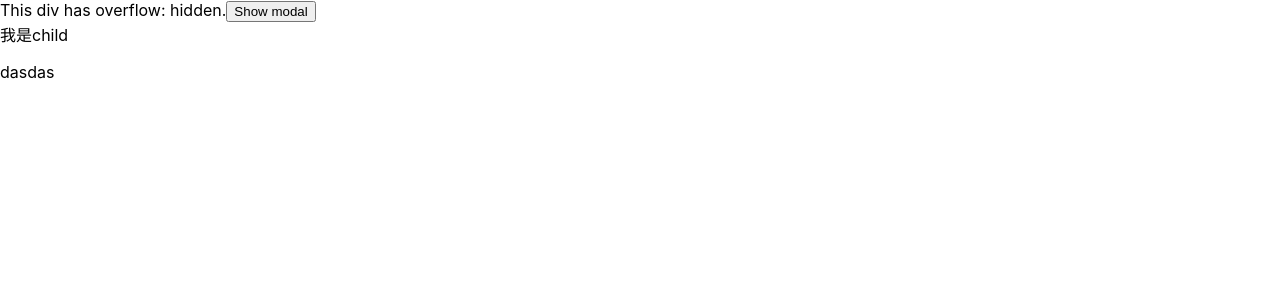
Repository: AprilChou4/cra-demo
Page: /
An editor plug-in stored every save of this project. The page is shown before and after the next save, followed by the edit.
The browser window is 1280 px wide. The pictures show the whole page.
The project was rebuilt for these pictures with package versions that can differ from the ones it lists, and the page was loaded fresh each time.

Above is the page before, as saved 2021-02-24 10:28:35.

### src/index.js
import React from 'react';
import ReactDOM from 'react-dom';
import './index.css';
import App from './component/ReactLife';

ReactDOM.render(
  <React.StrictMode>
    <App />
  </React.StrictMode>,
  document.getElementById('root'),
);

### src/component/ReactLife/index.jsx
// react生命周期
import React, { Component } from 'react';
import Father from './Father';
class Life extends Component {
  render() {
    return <Father />;
  }
}
export default Life;

### src/component/ReactLife/Father.jsx
import React from 'react';
import Child from './Child';

class Father extends React.Component {
  constructor(props) {
    super(props);
    this.state = { showModal: false };

    this.handleShow = this.handleShow.bind(this);
    this.handleHide = this.handleHide.bind(this);
  }

  handleShow() {
    this.setState({ showModal: true });
  }

  handleHide() {
    this.setState({ showModal: false });
  }

  render() {
    return (
      <div className="app">
        This div has overflow: hidden.
        <button onClick={this.handleShow}>Show modal</button>
        <Child />
      </div>
    );
  }
}
export default Father;

### src/component/ReactLife/Child.jsx
import React, { Component } from 'react';
class Child extends Component {
  render() {
    return (
      <div>
        我是child<p>dasdas</p>
      </div>
    );
  }
}
export default Child;

Loaded but not shown: public/index.html (common file); src/index.css (common file)

After the next save:
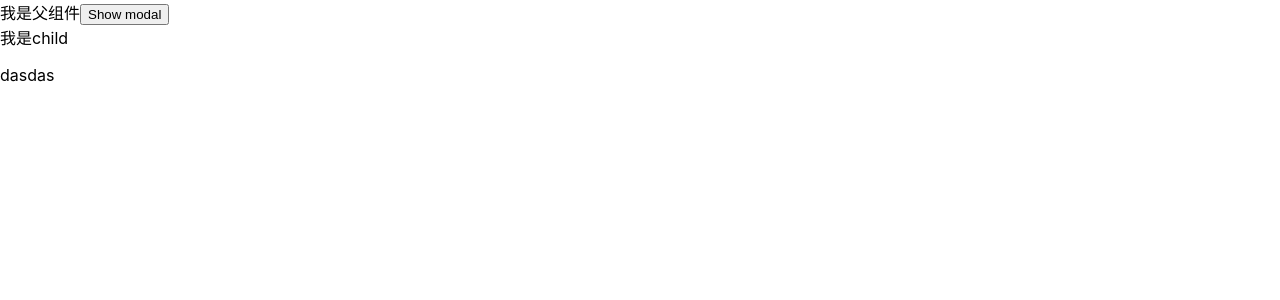
Saved 17 s later.
--- a/src/component/ReactLife/Father.jsx
+++ b/src/component/ReactLife/Father.jsx
@@ -21,7 +21,7 @@ class Father extends React.Component {
   render() {
     return (
       <div className="app">
-        This div has overflow: hidden.
+        我是父组件
         <button onClick={this.handleShow}>Show modal</button>
         <Child />
       </div>
